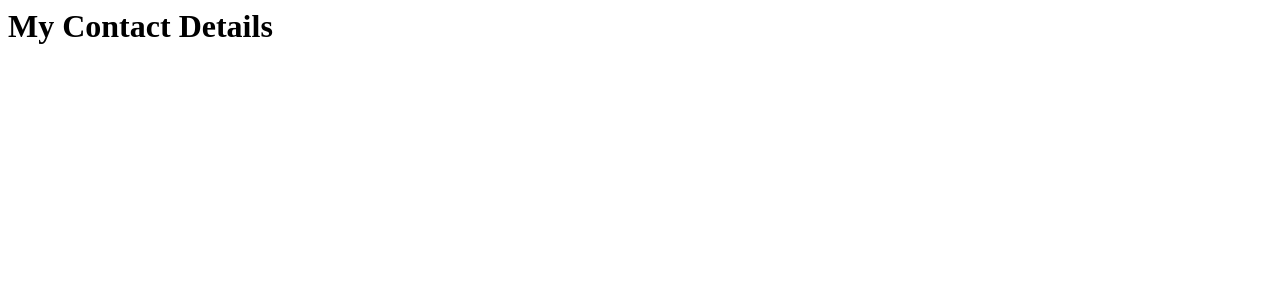
Repository: Isanderr/simple_landing_page-1
Page: contact.html
The author's editor kept a copy of each file at every save. The page is drawn from the files as they stood at one save, then again after the next save.
The browser window is 1280 px wide. The pictures show the whole page.

Above is the page before, as saved 2019-01-28 23:18:58.

### contact.html
<h1>My Contact Details</h1>
<p></p>
<p></p>
<p></p>

After the next save:
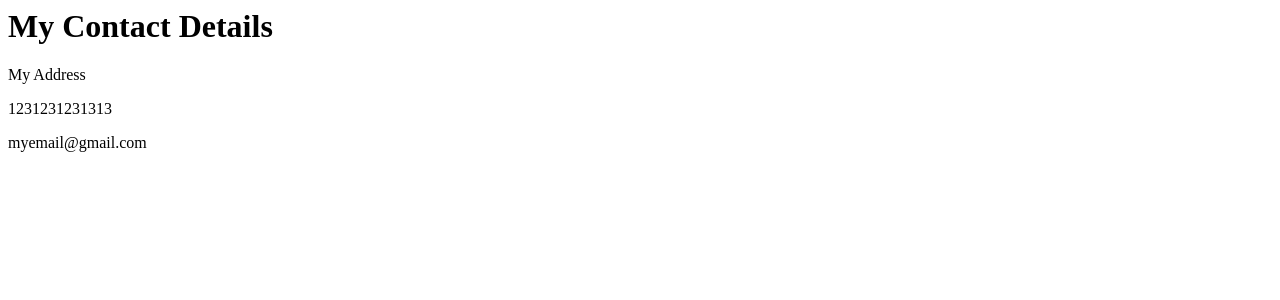
Saved 48 s later.
--- a/contact.html
+++ b/contact.html
@@ -1,4 +1,4 @@
 <h1>My Contact Details</h1>
-<p></p>
-<p></p>
-<p></p>
+<p>My Address</p>
+<p>1231231231313</p>
+<p>myemail@gmail.com</p>
